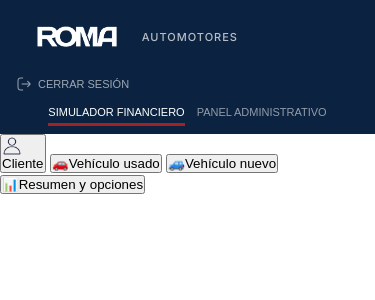
Repository: PPIII-9-012/Roma-System
Page: public/index.html
The author's editor kept a copy of each file at every save. The page is drawn from the files as they stood at one save, then again after the next save.
The browser window is 375 px wide. The pictures show the whole page.

Above is the page before, as saved 2026-08-22 12:51:28.

### public/index.html
<!DOCTYPE html>
<html lang="es">
<head>
    <meta charset="UTF-8">
    <meta name="viewport" content="width=device-width, initial-scale=1.0">
    <title>Simulador Financiero — Roma Automotores</title>
    <link rel="preconnect" href="https://fonts.googleapis.com">
    <link href="https://fonts.googleapis.com/css2?family=Inter:wght@400;500;600;700&display=swap" rel="stylesheet">
    <style>
        * {
            box-sizing: border-box;
            margin: 0;
            padding: 0;
        }
        body {
            font-family: 'Inter', system-ui, sans-serif;
        }
        .navbar {
            height: 90px;
            background: #0B2341;
            color: #FFFFFF;
            display: flex;
            align-items: center;
            justify-content: space-between;
            padding: 0 40px;
            position: sticky;
            top: 0;
            z-index: 50;
        }
        .navbar-left,
        .navbar-links,
        .navbar-logout {
            display: flex;
            align-items: center;
        }
        .navbar-left {
            gap: 14px;
        }
        .navbar-links {
            gap: 36px;
        }
        .navbar-logo {
            width: auto;
            height: 70px;
            display: block;
        }
        .navbar-brand {
            font-size: 13px;
            opacity: .7;
            letter-spacing: 2px;
            font-weight: 500;
        }
        .navbar-brand,
        .navbar-link,
        .navbar-logout {
            color: #FFFFFF;
        }
        .navbar-link {
            font-size: 14px;
            opacity: .55;
            text-decoration: none;
            padding-bottom: 4px;
            letter-spacing: .2px;
            transition: opacity .15s;
            position: relative;
        }
        .navbar-link:hover {
            opacity: .85;
        }
        .navbar-link.active {
            opacity: 1;
        }
        .navbar-link.active::after {
            content: "";
            position: absolute;
            left: 0;
            right: 0;
            bottom: -10px;
            height: 3px;
            background: #a52222;
        }
        .navbar-logout {
            font-size: 13px;
            opacity: .6;
        }
        .navbar-logout:hover {
            opacity: 1;
        }
        .navbar-link,
        .navbar-logout {
            background: transparent;
            border: 0;
            cursor: pointer;
        }
        .navbar-logout {
            gap: 6px;
        }
        .logout-logo {
            width: auto;
            height: 18px;
            display: block;
        }
        .cliente-logo {
            width: auto;
            height: 20px;
            display: block;
        }
        @media (max-width: 900px) {
            .navbar {
                height: auto;
                min-height: 90px;
                flex-wrap: wrap;
                gap: 14px 20px;
                padding: 14px 24px;
            }
            .navbar-links {
                order: 3;
                width: 100%;
                justify-content: center;
            }
            .navbar-link.active {
                padding-bottom: 4px;
            }
            .navbar-link.active::after {
                bottom: -4px;
            }
        }
        @media (max-width: 560px) {
            .navbar {
                align-items: center;
                padding: 12px 16px;
            }
            .navbar-logo {
                height: 50px;
            }
            .navbar-brand {
                font-size: 11px;
                letter-spacing: 1px;
            }
            .navbar-links {
                gap: 12px;
            }
            .navbar-link {
                font-size: 11px;
                letter-spacing: 0;
                text-align: center;
            }
            .navbar-logout {
                font-size: 11px;
            }
            .logout-logo {
                height: 16px;
            }
        }

</style>
</head>
<body>
<div class="navbar">
    <div class="navbar-left">
        <img class="navbar-logo" src="logotiporoma.png" alt="Roma">
        <span class="navbar-brand">AUTOMOTORES</span>
    </div>
    <div class="navbar-links">
        <button class="navbar-link active" type="button">SIMULADOR FINANCIERO</button>
        <button class="navbar-link" type="button" id="panelAdmimBtn">PANEL ADMINISTRATIVO</button>
    </div>
    <button class="navbar-logout" type="button" id="logoutBtn">
        <img class="logout-logo" src="cerrarsesion.png" alt="">
        <span>CERRAR SESIÓN</span>
    </button>
</div>

<div class="app">
    <div class="main-col">
    <div class="progress-tabs">
        <button class="progress-tab active" data-target="sec-cliente"><img class="cliente-logo" src="cliente.png" alt=""><span>Cliente</span></button>
        <button class="progress-tab" data-target="sec-usado">🚗<span>Vehículo usado</span></button>
        <button class="progress-tab" data-target="sec-nuevo">🚙<span>Vehículo nuevo</span></button>
        <button class="progress-tab" data-target="sec-opciones">📊<span>Resumen y opciones</span></button>
    </div>
    </div>
</div>

</body>
</html>

After the next save:
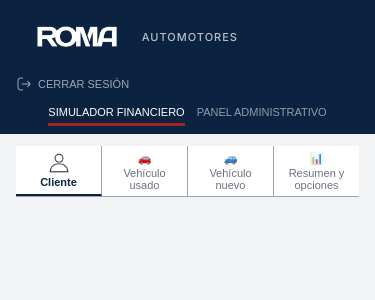
Saved 3 min 6 s later.
--- a/public/index.html
+++ b/public/index.html
@@ -100,6 +100,132 @@
             height: 18px;
             display: block;
         }
+        body {
+            background: #F1F3F4;
+            color: #374151;
+        }
+        .app {
+            display: flex;
+            max-width: 1440px;
+            margin: 0 auto;
+            align-items: flex-start;
+        }
+        .main-col {
+            flex: 1;
+            min-width: 0;
+            padding: 24px 24px 60px 40px;
+        }
+        .side-col {
+            width: 320px;
+            flex-shrink: 0;
+            padding: 24px 40px 60px 0;
+            position: sticky;
+            top: 90px;
+        }
+        .progress-tabs {
+            background: #FFFFFF;
+            display: flex;
+            border-bottom: 1px solid #9CA3AF;
+            margin-bottom: 10px;
+        }
+        .progress-tab {
+            flex: 1;
+            min-width: 0;
+            min-height: 50px;
+            display: flex;
+            flex-direction: column;
+            align-items: center;
+            justify-content: center;
+            gap: 2px;
+            padding: 5px 8px;
+            background: #FFFFFF;
+            border: 0;
+            border-right: 1px solid #9CA3AF;
+            color: #6B7280;
+            cursor: pointer;
+            font-size: 11px;
+        }
+        .progress-tab:last-child { border-right: 0; }
+        .progress-tab.active { color: #0B2341; font-weight: 600; border-bottom: 2px solid #0B2341; }
+        .progress-tab img { height: 22px; width: auto; }
+        .form-card, .summary-card {
+            background: #FFFFFF;
+            border-radius: 6px;
+            overflow: hidden;
+        }
+        .form-section {
+            padding: 12px 16px 16px;
+            border-bottom: 8px solid #F1F3F4;
+        }
+        .form-section-head {
+            display: flex;
+            align-items: center;
+            gap: 8px;
+            margin-bottom: 10px;
+        }
+        .form-section-num {
+            width: 20px;
+            height: 20px;
+            border-radius: 50%;
+            background: #0B2341;
+            color: #FFFFFF;
+            display: grid;
+            place-items: center;
+            font-size: 11px;
+            font-weight: 700;
+        }
+        .form-section-title { color: #0B2341; font-size: 13px; font-weight: 700; }
+        .field-row, .used-fields { display: grid; grid-template-columns: repeat(4, minmax(0, 1fr)); gap: 8px; }
+        .field { display: flex; flex-direction: column; gap: 4px; min-width: 0; }
+        .field label { font-size: 10px; color: #6B7280; }
+        .field input, .field select, .search-input {
+            width: 100%;
+            height: 27px;
+            padding: 4px 8px;
+            border: 1px solid #9CA3AF;
+            border-radius: 5px;
+            background: #FFFFFF;
+            color: #374151;
+            font-size: 10px;
+        }
+        .used-layout { display: grid; grid-template-columns: 1fr 158px; gap: 12px; align-items: end; }
+        .infoauto-box { background: #EFF6FF; border: 1px solid #70A5F8; border-radius: 6px; min-height: 72px; padding: 9px; text-align: center; color: #1D4ED8; font-size: 10px; }
+        .infoauto-value { display: block; font-size: 16px; font-weight: 700; margin-top: 3px; }
+        .search-wrap { position: relative; margin-bottom: 8px; }
+        .new-car-card { display: grid; grid-template-columns: 82px 1fr auto auto; gap: 10px; align-items: center; border: 1px solid #9CA3AF; border-radius: 5px; padding: 7px; }
+        .car-photo { width: 82px; height: 50px; object-fit: contain; }
+        .car-name { font-size: 12px; font-weight: 700; color: #0B2341; }
+        .car-meta, .price-label { font-size: 9px; color: #6B7280; }
+        .price-value { font-size: 12px; font-weight: 700; color: #374151; }
+        .op-grid { display: grid; grid-template-columns: repeat(3, 1fr) 160px; gap: 12px; align-items: center; }
+        .op-label { font-size: 10px; color: #6B7280; }
+        .op-value { font-size: 14px; font-weight: 700; }
+        .negative { color: #E24B4A; }
+        .cash-box { border: 1px solid #639922; border-radius: 5px; padding: 8px; text-align: center; color: #639922; }
+        .cash-box strong { display: block; font-size: 16px; }
+        .plans-grid { display: grid; grid-template-columns: repeat(3, 1fr); gap: 10px; }
+        .plan-card { border: 1px solid #D9D9D9; border-radius: 6px; padding: 10px; min-width: 0; }
+        .plan-card:first-child { border-color: #639922; }
+        .plan-badge { display: inline-block; background: #639922; color: #FFFFFF; border-radius: 4px; padding: 3px 6px; font-size: 8px; font-weight: 700; }
+        .plan-type { color: #6B7280; font-size: 9px; margin-top: 7px; }
+        .plan-name { color: #0B2341; font-size: 12px; font-weight: 700; margin: 4px 0 8px; }
+        .plan-price { color: #374151; font-size: 18px; font-weight: 700; margin-bottom: 8px; }
+        .plan-row { display: flex; justify-content: space-between; border-top: 1px solid #F1F3F4; padding: 4px 0; font-size: 9px; }
+        .plan-row span:first-child { color: #6B7280; }
+        .plan-row span:last-child { font-weight: 600; }
+        .rci { height: 5px; margin: 7px 0 3px; background: linear-gradient(to right, #639922 50%, #BA7517 50% 83%, #E24B4A 83%); border-radius: 4px; }
+        .plan-button { display: block; margin: 8px auto 0; padding: 4px 14px; border: 1px solid #0B2341; background: #FFFFFF; border-radius: 4px; font-size: 9px; }
+        .summary-card { border: 1px solid #D9D9D9; }
+        .summary-head { background: #0B2341; color: #FFFFFF; padding: 14px; font-size: 13px; font-weight: 700; }
+        .summary-body { padding: 12px 14px; }
+        .summary-title { color: #6B7280; font-size: 9px; text-transform: uppercase; margin: 8px 0 4px; }
+        .summary-row { display: flex; justify-content: space-between; gap: 8px; padding: 3px 0; font-size: 9px; }
+        .summary-row span:last-child { font-weight: 600; text-align: right; }
+        .summary-divider { border: 0; border-top: 1px solid #D9D9D9; margin: 8px 0; }
+        .summary-cash { border: 1px solid #639922; color: #639922; text-align: center; padding: 6px; margin-top: 8px; font-size: 10px; }
+        .summary-cash strong { display: block; font-size: 14px; }
+        .side-action { width: 100%; margin-top: 14px; padding: 9px; border: 1px solid #0B2341; border-radius: 5px; background: #FFFFFF; font-size: 10px; }
+        .side-action.whatsapp { background: #63B35C; color: #FFFFFF; border: 0; }
         .cliente-logo {
             width: auto;
             height: 20px;
@@ -124,6 +250,9 @@
             .navbar-link.active::after {
                 bottom: -4px;
             }
+            .app { flex-direction: column; }
+            .main-col, .side-col { width: 100%; padding: 16px 24px 24px; }
+            .side-col { position: static; }
         }
         @media (max-width: 560px) {
             .navbar {
@@ -151,6 +280,11 @@
             .logout-logo {
                 height: 16px;
             }
+            .main-col, .side-col { padding: 12px 16px 20px; }
+            .field-row, .used-fields, .plans-grid { grid-template-columns: 1fr; }
+            .used-layout, .op-grid { grid-template-columns: 1fr; }
+            .new-car-card { grid-template-columns: 64px 1fr; }
+            .car-photo { width: 64px; }
         }
 
 </style>
